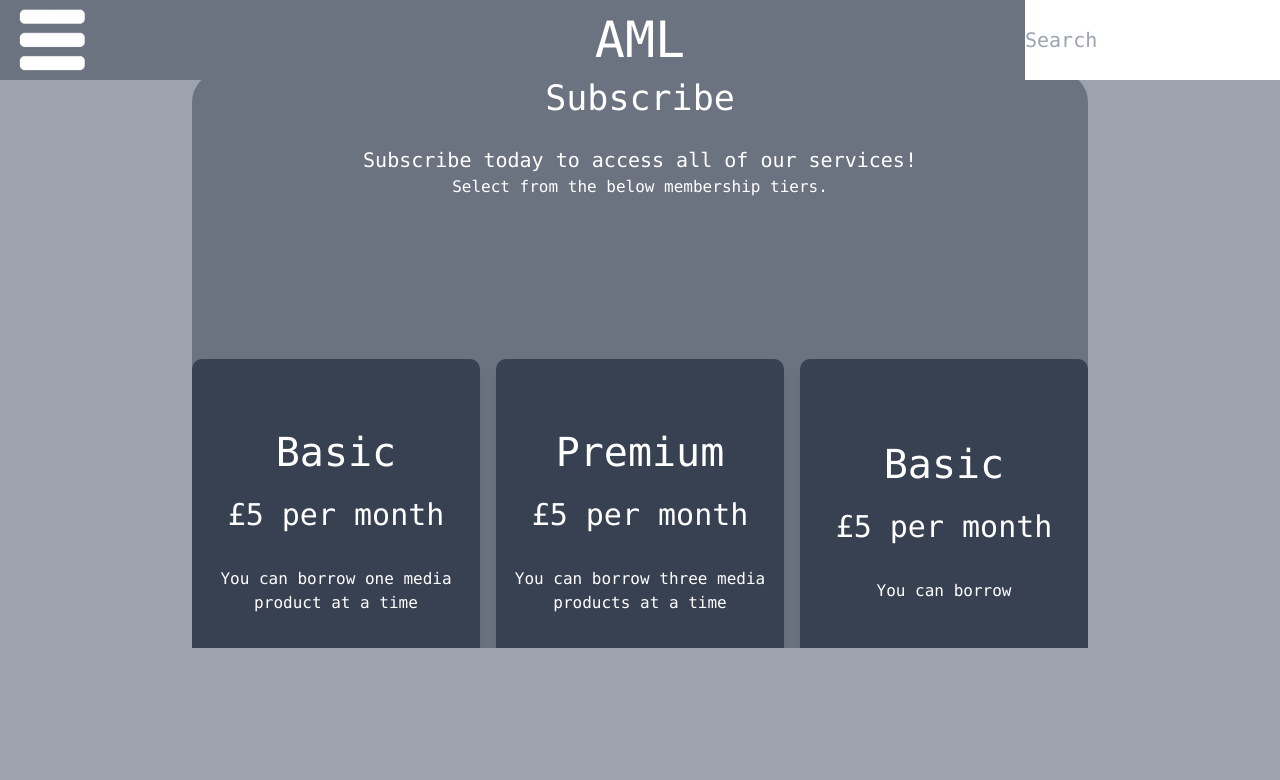
Repository: DuyKhanhDo/AML-Concept
Page: http://localhost/subscribe
The author's editor kept a copy of each file at every save. The page is drawn from the files as they stood at one save, then again after a run of saves.
The browser window is 1280 px wide. The pictures show the whole page.
Some web libraries are served in a nearby version. The page is served by the project's Laravel application, run on PHP 8.4 with Laravel 12. A made-up administrator, Test User (test@example.com), is signed in. Other server files are loaded and not shown.

Above is the page before, as saved 2024-11-11 13:04:42.

### routes/web.php
<?php

use App\Http\Controllers\RegisterController;
use App\Http\Controllers\LogInController;
use App\Http\Controllers\ProfileController;
use App\Http\Controllers\SubscriptionController;
use Illuminate\Support\Facades\Route;
use Illuminate\Support\Facades\Auth;

Auth::routes();

Route::get('/', function () {
    return view('catalogue');
});

Route::get('/login', [LogInController::class, 'LogInView'])->name('login');
Route::post('/submit-login', [LogInController::class, 'Submit'])->name('submit.login');

Route::get('/register', [RegisterController::class, 'RegisterView'])->name('register');
Route::post('/submit-register', [RegisterController::class, 'Submit'])->name('submit.register');

Route::get('/subscribe', [SubscriptionController::class, 'SubscribeView'])->name('subscribe');

Route::post('/logout', function(){
    Auth::logout();
    return redirect()->back();
})->name('logout');

### app/Models/User.php
<?php

namespace App\Models;

use Illuminate\Auth\Middleware\Authenticate;
use Illuminate\Database\Eloquent\Model;
use Illuminate\Foundation\Auth\User as Authenticatable;
use Illuminate\Notifications\Notifiable;

class User extends Authenticatable
{
    use Notifiable;
    public $timestamps = false;

    protected $table = 'Users';

    protected $fillable = ['name', 'email', 'password', 'dob'];
};

### app/Http/Controllers/SubscriptionController.php
<?php

namespace App\Http\Controllers;

use Illuminate\Http\Request;

class SubscriptionController extends Controller
{
    public function __construct()
    {
        $this->middleware('auth');
    }

    public function SubscribeView()
    {
        return view('subscribe');
    }
}

### resources/views/subscribe.blade.php
<x-base>
    <x-slot:content>
        <main class="flex justify-center items-center h-screen">
            <div class="absolute top-[5vh] bg-gray-500 w-[70vw] h-[80vh] mt-[5vh] rounded-[30px] flex items-center flex-col">
                <h1 class="text-[35px]">Subscribe</h1>
                <h3 class="text-[20px] mt-[20px]">Subscribe today to access all of our services!</h3>
                <h5>Select from the below membership tiers.</h5>
                <div class="flex overflow-x-auto w-full space-x-4 justify-center">
                    <x-subscription-tier tier='Basic' price='£5' benefits='You can borrow one media product at a time'></x-subscription-tier>
                    <x-subscription-tier tier='Premium' price='£5' benefits='You can borrow three media products at a time'></x-subscription-tier>
                    <x-subscription-tier tier='Basic' price='£5' benefits='You can borrow '></x-subscription-tier>
                </div>
            </div>
        </main>
    </x-slot>
</x-base>

### resources/views/components/subscription-tier.blade.php
<button class="bg-gray-700 rounded-[10px] w-[20rem] h-[20rem] shadow-lg mt-[10rem]">
    <h2 class="text-[40px] mb-[10px]">{{ $tier }}</h2>
    <h2 class="text-[30px] mb-[30px]">{{ $price }} per month</h2>
    <h3>{{ $benefits }}</h3>
</button>

### resources/views/components/base.blade.php
<!DOCTYPE html>
<html lang="en">
<head>
    <meta charset="UTF-8">
    <meta name="viewport" content="width=device-width, initial-scale=1.0">
    <title>AML</title>
    <script src="https://cdn.tailwindcss.com"></script>
</head>
<body class="bg-gray-400 font-mono">
    <x-navigation-bar></x-navigation-bar>
    <main class="mt-[5vh] text-white text-center">
        {{ $content }}
    </main>
</body>
</html>

### resources/views/components/navigation-bar.blade.php
<div class="fixed left-0 top-0 w-full h-[5rem] flex items-center justify-center bg-gray-500 m-0 p-0 box-border font-mono z-50">
    <button id="toggle-sidebar" class="absolute left-0 ml-[10px] h-full"><img class="h-full" draggable="false" src="{{ asset('assets/sidebar-img.png') }}" alt=""></button>
    <h1 class="text-[50px] text-white">AML</h1>
    <input type="text" class="absolute right-0 ml-[10px] h-full radius-[20px] text-[20px]" placeholder="Search">
</div>
<div id="sidebar" class="fixed left-0 top-[5rem] bg-gray-500 w-[20rem] h-[95vh] flex flex-col opacity-0 z-50 transition-opacity duraction-900">
    <ul class="text-center text-white w-full flex items-center">
        <x-side-bar-btn :csrf=false method="GET" route="/" name="Catalogue"></x-side-bar-btn>
    </ul>
    <ul class="absolute bottom-0 flex flex-col text-center text-white w-full flex items-center">
        @if (Auth::check())
            <x-side-bar-btn :csrf=true method="POST" route="{{ route('logout') }}" name="Sign out"></x-side-bar-btn>
        @else
            <x-side-bar-btn :csrf=false method="GET" route="{{ route('login') }}" name="Log in"></x-side-bar-btn>
            <x-side-bar-btn :csrf=false method="GET" route="{{ route('register') }}" name="Register"></x-side-bar-btn>
        @endif
    </ul>
</div>

<script>
    const button = document.getElementById('toggle-sidebar')
    const sidebar = document.getElementById('sidebar')

    button.addEventListener('click',function(){
        sidebar.classList.toggle('opacity-0');
        sidebar.classList.toggle('opacity-100');
    })
</script>

### resources/views/components/side-bar-btn.blade.php
<form class="w-full" method="{{ $method }}" action='{{ $route }}'>
    @if ($csrf == true)
        @csrf
    @endif

    <li class="mx-auto bg-gray-700 w-full h-[5rem] mb-[10px] flex items-center justify-center">
        <button type="submit" class="font-mono text-[30px] w-full">
            {{ $name }}
        </button>
    </li>
</form>

Loaded but not shown: app/Http/Controllers/Auth/ConfirmPasswordController.php (common file); app/Http/Controllers/Controller.php (common file)

After the next 2 saves:
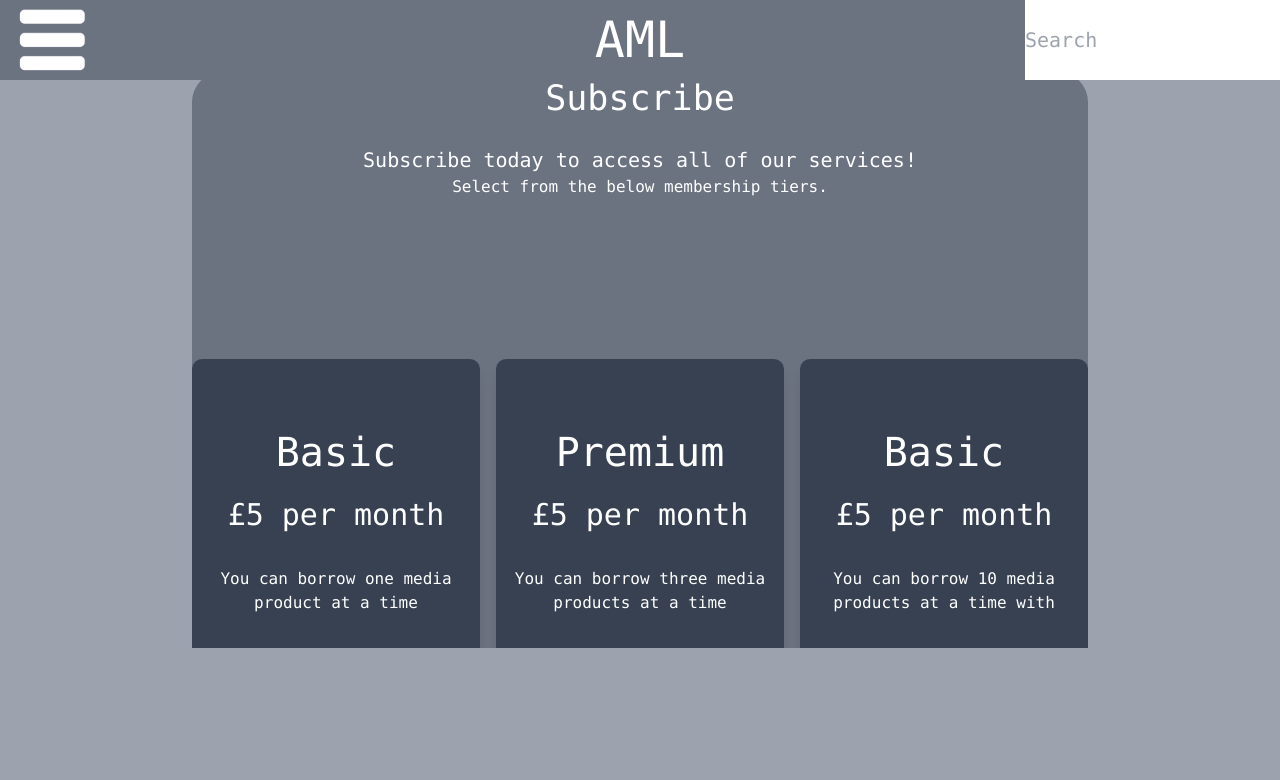
The 2 saves are shown as one change because they came seconds apart.
The last was saved 7 s later.
--- a/resources/views/subscribe.blade.php
+++ b/resources/views/subscribe.blade.php
@@ -8,7 +8,7 @@
                 <div class="flex overflow-x-auto w-full space-x-4 justify-center">
                     <x-subscription-tier tier='Basic' price='£5' benefits='You can borrow one media product at a time'></x-subscription-tier>
                     <x-subscription-tier tier='Premium' price='£5' benefits='You can borrow three media products at a time'></x-subscription-tier>
-                    <x-subscription-tier tier='Basic' price='£5' benefits='You can borrow '></x-subscription-tier>
+                    <x-subscription-tier tier='Basic' price='£5' benefits='You can borrow 10 media products at a time with '></x-subscription-tier>
                 </div>
             </div>
         </main>
